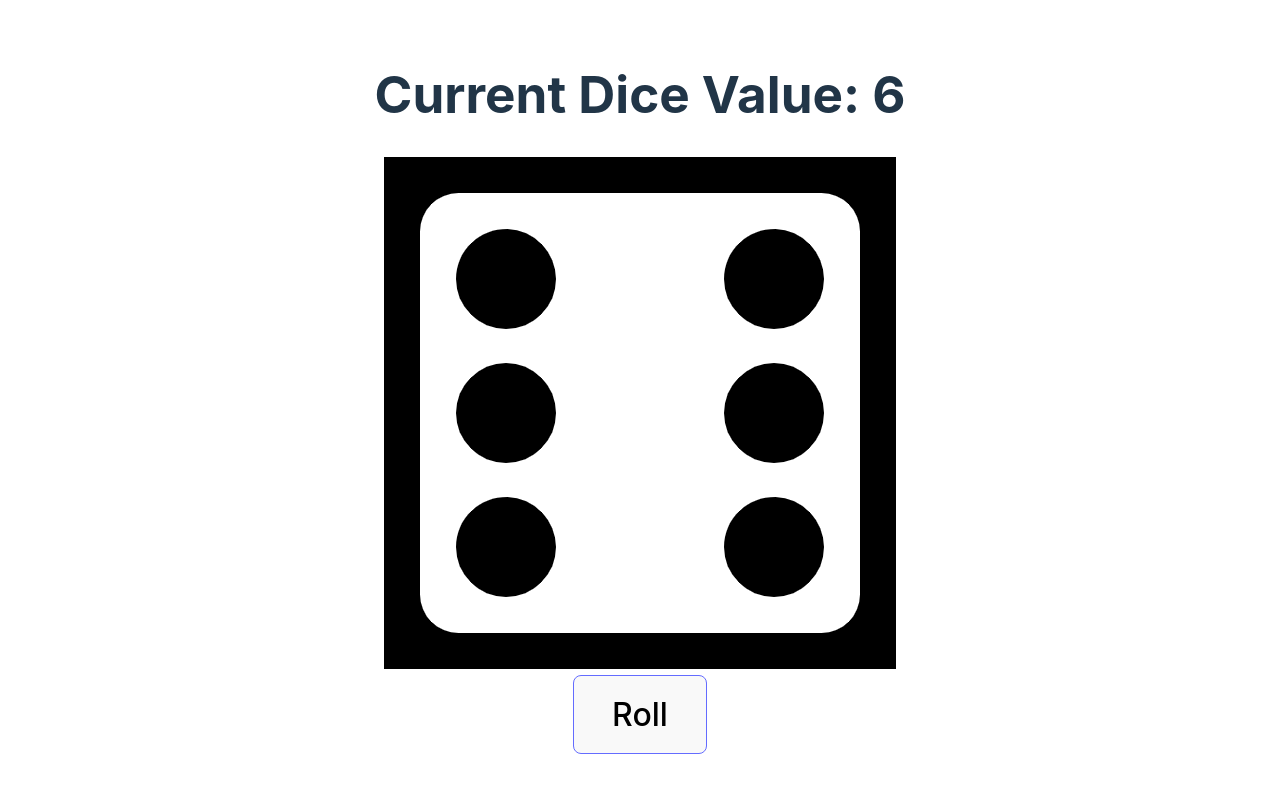
Repository: James-Z-Zhang00/dice-roller
Page: /
An editor plug-in stored every save of this project. The page is shown before and after the next save, followed by the edit.
The browser window is 1280 px wide. The pictures show the whole page.
The pointer rests on the first visible `button`.
The project was rebuilt for these pictures with package versions that can differ from the ones it lists, and the page was loaded fresh each time. Also part of the build but not shown: vite.config.js.

Above is the page before, as saved 2024-05-13 22:17:14.

### index.html
<!doctype html>
<html lang="en">

<head>
    <meta charset="UTF-8" />
    <meta name="viewport" content="width=device-width, initial-scale=1.0" />
    <title>Dice App</title>
</head>

<body>
    <div id="root"></div>
    <script type="module" src="/src/main.jsx"></script>
</body>

</html>

### src/App.jsx
import { useState } from 'react';
import './App.css';
import Dice from './Dice';

function App() {
const [val,setVal] = useState(6);
 function rollDice() {
   const val = Math.floor((Math.random() * 6) + 1);
   setVal(val);
 }
  return (
    <div>
      <h1>Current Dice Value: {val}</h1>
      <Dice diceVal={val} />
      <button onClick={rollDice} style={{ fontSize: '2rem' }}>Roll</button>
    </div>
  )
}

export default App

### src/App.css
#root {
  max-width: 1280px;
  margin: 0 auto;
  padding: 2rem;
  text-align: center;
}

button {
    font-family: 'Helvetica Neue', Arial, sans-serif;
    font-size: 2rem;
    font-weight: 500; /* A weight less bold than 'bold' */
}

### src/Dice.jsx
import dice1 from './dice1.png';
import dice2 from './dice2.png';
import dice3 from './dice3.png';
import dice4 from './dice4.png';
import dice5 from './dice5.png';
import dice6 from './dice6.png';

const dices = [dice1, dice2, dice3, dice4, dice5, dice6];

function Dice({diceVal}) {

    return (
        <div>
            <img src={dices[diceVal-1]} alt={`Dice showing ${diceVal}`} />
        </div>
    );
}

export default Dice;

Loaded but not shown: src/main.jsx (common file); src/index.css (common file)

After the next save:
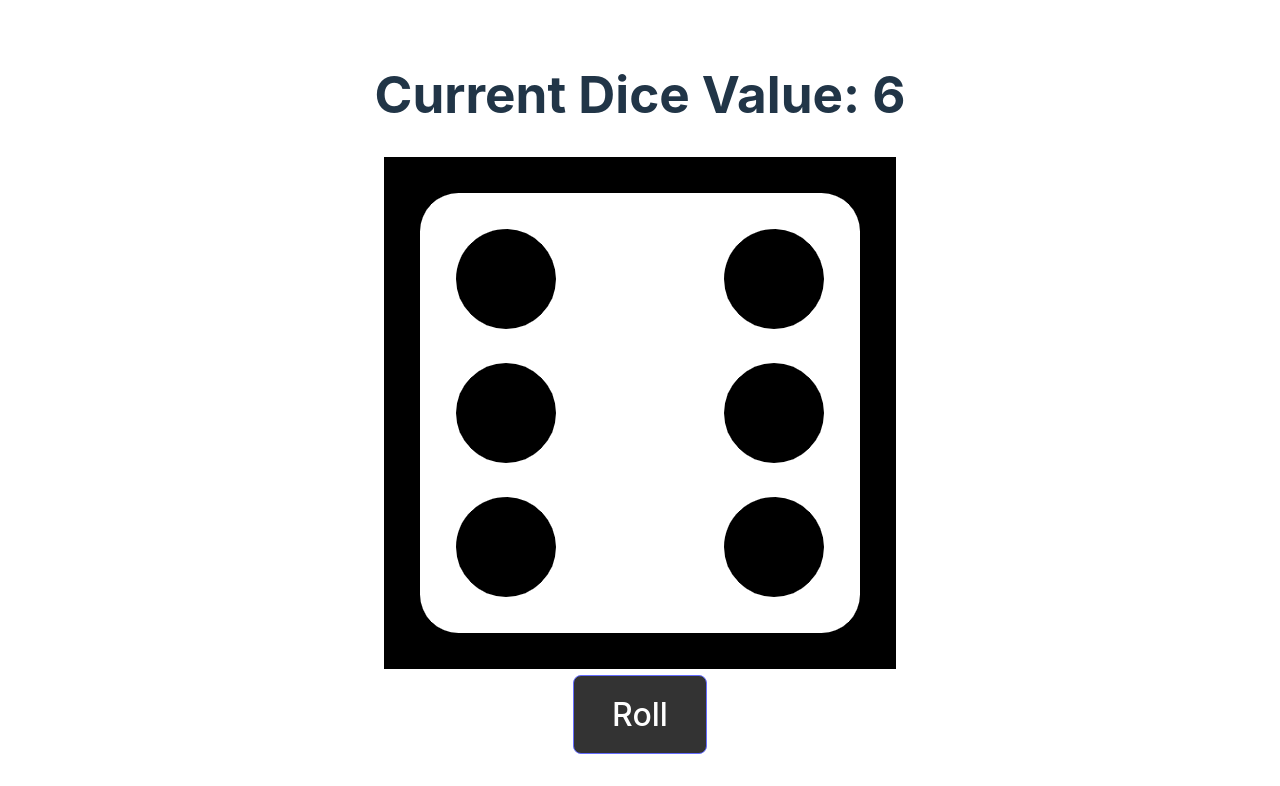
Saved 30 s later.
--- a/src/App.css
+++ b/src/App.css
@@ -10,3 +10,8 @@ button {
     font-size: 2rem;
     font-weight: 500; /* A weight less bold than 'bold' */
 }
+
+button:hover {
+    background-color: #333; /* Darkens the background on hover */
+    color: #fff; /* Changes the text color to white on hover */
+}

After the 4 saves that followed:
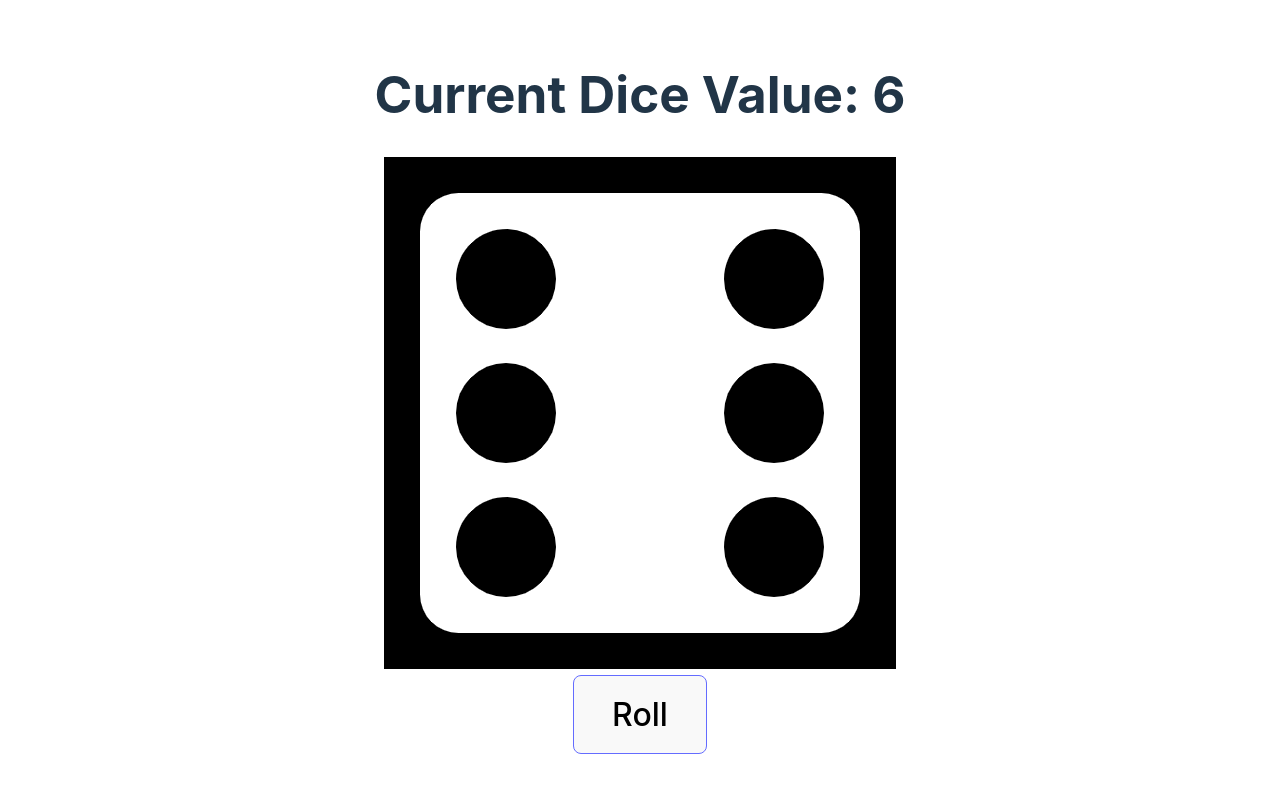
The 4 saves are shown as one change because 1 left the picture as it was and some came seconds apart.
The last was saved 31 s later.
--- a/src/App.css
+++ b/src/App.css
@@ -7,11 +7,4 @@
 
 button {
     font-family: 'Helvetica Neue', Arial, sans-serif;
-    font-size: 2rem;
-    font-weight: 500; /* A weight less bold than 'bold' */
 }
-
-button:hover {
-    background-color: #333; /* Darkens the background on hover */
-    color: #fff; /* Changes the text color to white on hover */
-}
